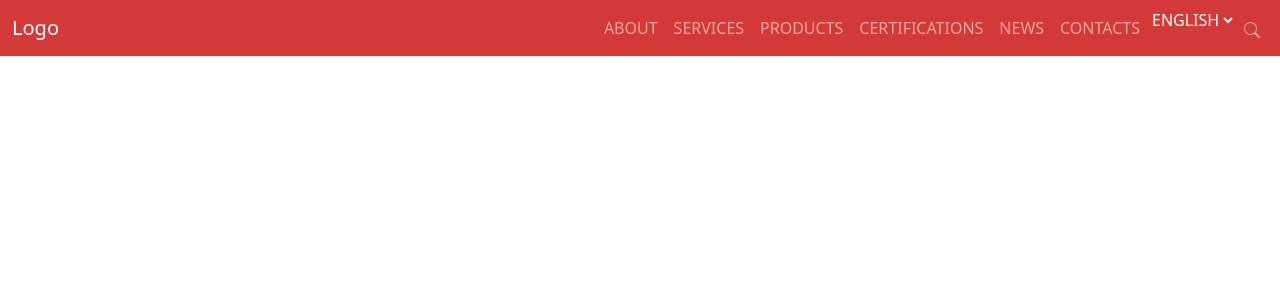
Repository: nourHellani/Buckler
Page: index.html
These files come from the project's save history. The page is drawn as it stood at one moment and after the next save; the edit follows.
The browser window is 1280 px wide. The pictures show the whole page.

Above is the page before, as saved 2023-02-13 11:47:07.

After the next save:
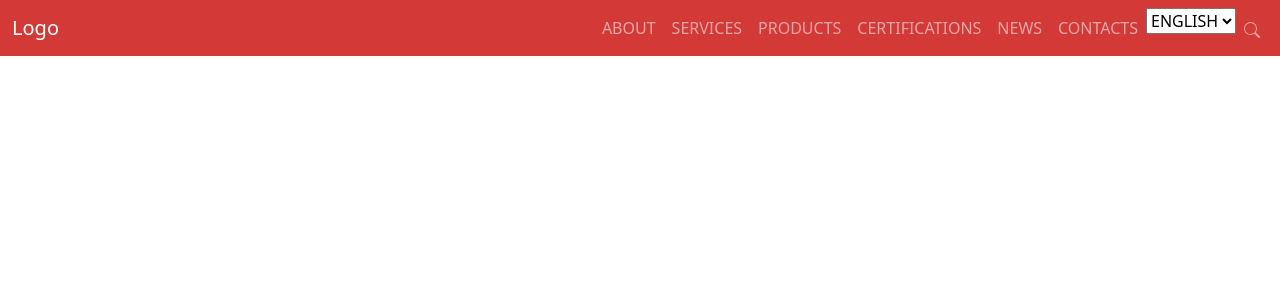
Saved 16 s later.
--- a/styles.css
+++ b/styles.css
@@ -2,8 +2,3 @@
     background-color: #D23937;
     color: white;
 }
-.select-custom{
-    background-color: transparent;
-    border: 0;
-    color: white;
-}
